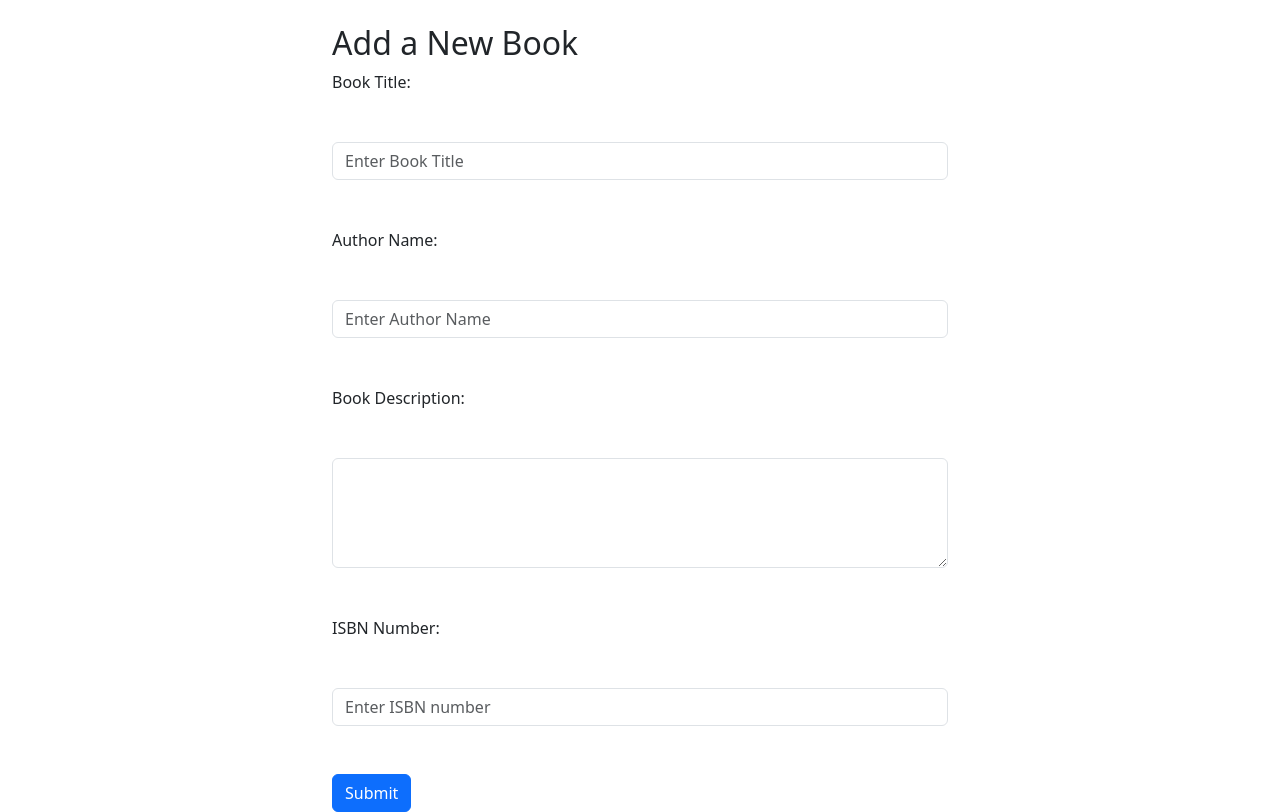
Repository: Mbote-Joseph/Django-Recap
Page: http://localhost/books/bookform
The author's editor kept a copy of each file at every save. The page is drawn from the files as they stood at one save, then again after the next save.
The browser window is 1280 px wide. The pictures show the whole page.
Some web libraries are served in a nearby version. The page is served by the project's application, run on Django 5.2 (manage.py). Other server files are loaded and not shown.

Above is the page before, as saved 2025-12-13 23:42:54.

### smartnotes/books/templates/books/form.html
{% extends 'base.html' %}

{% block content %}
    <div class="container mt-4 col-sm-6 mb-3 mb-sm-0">
        <h2>Add a New Book</h2>
        <form action="{% url 'book.create' %}"  method="post" >
            {% csrf_token %}
            {{ form.as_p }}
            <button type="submit" class="btn btn-primary">Submit</button>
        </form>
    </div>
{% endblock %}

### smartnotes/static/templates/base.html
{% load static %}

<!doctype html>
<html lang="en">
  <head>
    <meta charset="utf-8">
    <meta name="viewport" content="width=device-width, initial-scale=1">
    <title> Django Home </title>
    <link href="https://cdn.jsdelivr.net/npm/bootstrap@5.3.8/dist/css/bootstrap.min.css" rel="stylesheet" integrity="sha384-sRIl4kxILFvY47J16cr9ZwB07vP4J8+LH7qKQnuqkuIAvNWLzeN8tE5YBujZqJLB" crossorigin="anonymous">
    <script src="https://kit.fontawesome.com/08bbcc70b0.js" crossorigin="anonymous"></script>
  </head>
  <body>
    {% block content %}

      {% endblock %}
    <script src="https://cdn.jsdelivr.net/npm/bootstrap@5.3.8/dist/js/bootstrap.bundle.min.js" integrity="sha384-FKyoEForCGlyvwx9Hj09JcYn3nv7wiPVlz7YYwJrWVcXK/BmnVDxM+D2scQbITxI" crossorigin="anonymous"></script>

  </body>
</html>

### smartnotes/books/forms.py
from django import forms
from .models import Books

class BookForm(forms.ModelForm):
    class Meta:
        model = Books
        fields = ('title', 'author', 'description', 'isbn')
        widgets = {
            'description': forms.Textarea(attrs={"class": "form-control my-5", 'rows':4, 'cols':15}),
            'isbn': forms.TextInput(attrs={"class": "form-control my-5", 'placeholder': 'Enter ISBN number'}),
            'author': forms.TextInput(attrs={"class": "form-control my-5", 'placeholder': 'Enter Author Name'}),
            'title': forms.TextInput(attrs={"class": "form-control my-5", 'placeholder': 'Enter Book Title'}),
        }
        labels = {
            'title': 'Book Title',
            'author': 'Author Name',
            'description': 'Book Description',
            'isbn': 'ISBN Number'
        }

    def clean_isbn(self):
        isbn = self.cleaned_data.get('isbn')
        if not isbn.isdigit():
            raise forms.ValidationError("ISBN must contain only digits.")
        if len(isbn) not in [3, 7]:
            raise forms.ValidationError("ISBN must be either 3 or 7 digits long.")
        return isbn

    def clean_title(self):
        title = self.cleaned_data.get('title')
        if len(title) < 2:
            raise forms.ValidationError("Title must be at least 2 characters long.")
        return title

    def clean_author(self):
        author = self.cleaned_data.get('author')
        if len(author) < 2:
            raise forms.ValidationError("Author name must be at least 2 characters long.")
        return author

    def clean_description(self):
        description = self.cleaned_data.get('description')
        if len(description) < 10:
            raise forms.ValidationError("Description must be at least 10 characters long.")
        return description

    def clean(self):
        cleaned_data = super().clean()
        title = cleaned_data.get('title')
        author = cleaned_data.get('author')

        if title and author:
            if Books.objects.filter(title=title, author=author).exists():
                raise forms.ValidationError("A book with this title and author already exists.")
        return cleaned_data

### smartnotes/books/models.py
from django.db import models

# Create your models here.
class Books(models.Model):
    title = models.CharField(max_length=50)
    author = models.CharField(max_length=50)
    isbn = models.CharField(max_length=20)
    description = models.TextField()
    created = models.DateTimeField(auto_now_add = True)

### smartnotes/books/views.py
from django.shortcuts import render
from django.contrib.auth.mixins import LoginRequiredMixin
from django.http import Http404
from django.urls import reverse_lazy
from django.views.generic import ListView, DetailView, CreateView

from books.forms import BookForm

from .models import Books

class BooksListView(LoginRequiredMixin, ListView):
    model = Books
    context_object_name = "books"
    login_url = "/admin"
    template_name = "books/index.html"

# Create your views here.
# @login_required(login_url='/admin')
# def books(request):
#     all_books = Books.objects.all()
#     return render(request, "books/index.html", {'books' : all_books})


class BookDetailsView(DetailView):
    model = Books
    context_object_name = "book"
    template_name = "books/book.html"

# def book_detail(request, pk):
#     try:
#         book_detail = Books.objects.get(pk=pk)
#     except Books.DoesNotExist:
#         raise Http404("Book Doesn't Exist")
#     return render(request, "books/book.html", {'book_detail' : book_detail})


class BookCreateView(CreateView):
    model = Books
    form_class = BookForm
    template_name = 'books/form.html' # Create this template in your templates folder
    success_url = '/books' # Change to your success URL name
    # Optional: Override http_method_names if you only want 'get' and 'post'
    http_method_names = ['get', 'post', 'head', 'options']

### smartnotes/smartnotes/urls.py
"""
URL configuration for smartnotes project.

The `urlpatterns` list routes URLs to views. For more information please see:
    https://docs.djangoproject.com/en/6.0/topics/http/urls/
Examples:
Function views
    1. Add an import:  from my_app import views
    2. Add a URL to urlpatterns:  path('', views.home, name='home')
Class-based views
    1. Add an import:  from other_app.views import Home
    2. Add a URL to urlpatterns:  path('', Home.as_view(), name='home')
Including another URLconf
    1. Import the include() function: from django.urls import include, path
    2. Add a URL to urlpatterns:  path('blog/', include('blog.urls'))
"""
from django.contrib import admin
from django.urls import path, include


urlpatterns = [
    path('admin/', admin.site.urls),
    path('', include("home.urls"), name='homepage'),
    path('books', include("books.urls")),
    path('notes', include("notes.urls"))
]

### smartnotes/home/urls.py
# Copyright 2025 josephmbote
#
# Licensed under the Apache License, Version 2.0 (the "License");
# you may not use this file except in compliance with the License.
# You may obtain a copy of the License at
#
#     https://www.apache.org/licenses/LICENSE-2.0
#
# Unless required by applicable law or agreed to in writing, software
# distributed under the License is distributed on an "AS IS" BASIS,
# WITHOUT WARRANTIES OR CONDITIONS OF ANY KIND, either express or implied.
# See the License for the specific language governing permissions and
# limitations under the License.

from django.urls import path
from . import views

urlpatterns = [
    path('home', views.HomeView.as_view(), name='home'),
    path('', views.WelcomeView.as_view(), name='welcome')
]

### smartnotes/books/urls.py
from django.urls import path
from . import views

urlpatterns = [
    path('',views.BooksListView.as_view(), name='books.list'),
    path('/<int:pk>',views.BookDetailsView.as_view(), name='book.details'),
    path('/bookform', views.BookCreateView.as_view(), name='book.create')
]

### smartnotes/notes/urls.py
from notes.views import PopularNotesListView
# Copyright 2025 josephmbote
#
# Licensed under the Apache License, Version 2.0 (the "License");
# you may not use this file except in compliance with the License.
# You may obtain a copy of the License at
#
#     https://www.apache.org/licenses/LICENSE-2.0
#
# Unless required by applicable law or agreed to in writing, software
# distributed under the License is distributed on an "AS IS" BASIS,
# WITHOUT WARRANTIES OR CONDITIONS OF ANY KIND, either express or implied.
# See the License for the specific language governing permissions and
# limitations under the License.

from django.urls import path
from . import views

urlpatterns = [
    path('', views.NotesListView.as_view(), name='notes'),
    path('/<int:pk>', views.NotesDetailView.as_view(), name='note.details'),
    path('/popular', views.PopularNotesListView.as_view(), name='popular.notes'),
    path('/noteform', views.NoteCreateView.as_view(), name='note.create')

]

After the next save:
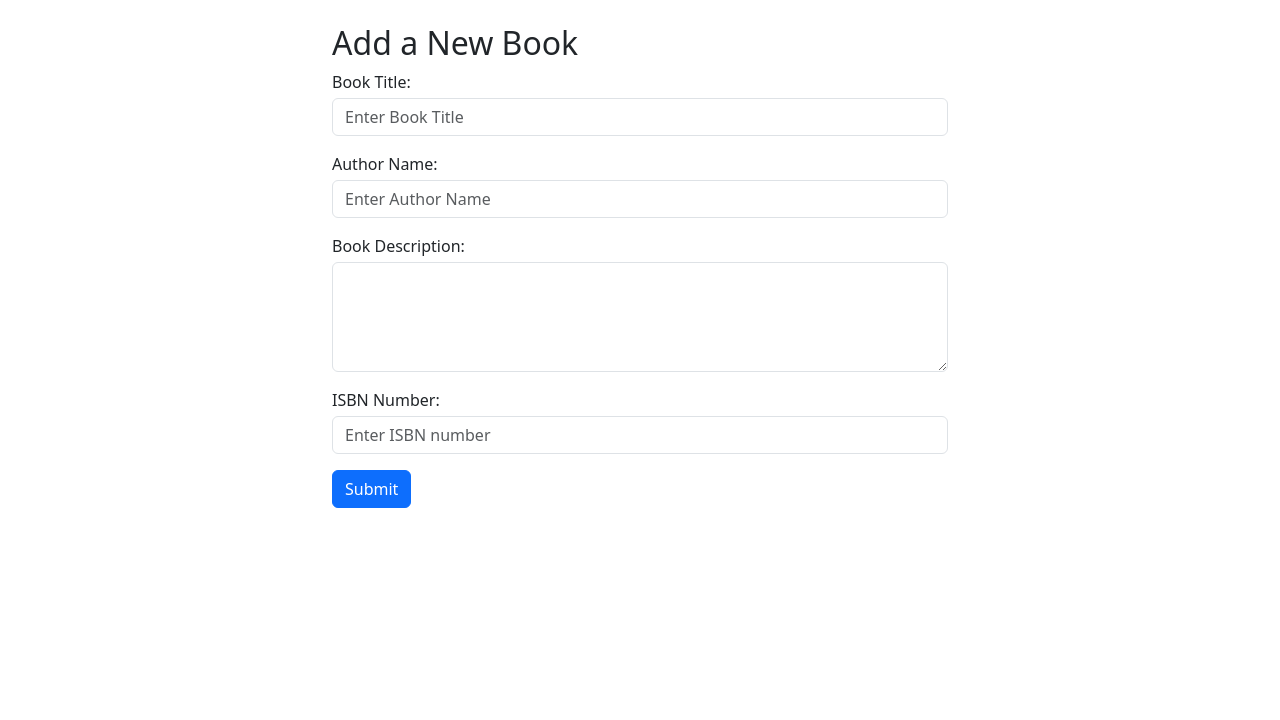
Saved 45 s later.
--- a/smartnotes/books/forms.py
+++ b/smartnotes/books/forms.py
@@ -6,10 +6,10 @@ class BookForm(forms.ModelForm):
         model = Books
         fields = ('title', 'author', 'description', 'isbn')
         widgets = {
-            'description': forms.Textarea(attrs={"class": "form-control my-5", 'rows':4, 'cols':15}),
-            'isbn': forms.TextInput(attrs={"class": "form-control my-5", 'placeholder': 'Enter ISBN number'}),
-            'author': forms.TextInput(attrs={"class": "form-control my-5", 'placeholder': 'Enter Author Name'}),
-            'title': forms.TextInput(attrs={"class": "form-control my-5", 'placeholder': 'Enter Book Title'}),
+            'description': forms.Textarea(attrs={"class": "form-control my-1", 'rows':4, 'cols':15}),
+            'isbn': forms.TextInput(attrs={"class": "form-control my-1", 'placeholder': 'Enter ISBN number'}),
+            'author': forms.TextInput(attrs={"class": "form-control my-1", 'placeholder': 'Enter Author Name'}),
+            'title': forms.TextInput(attrs={"class": "form-control my-1", 'placeholder': 'Enter Book Title'}),
         }
         labels = {
             'title': 'Book Title',
